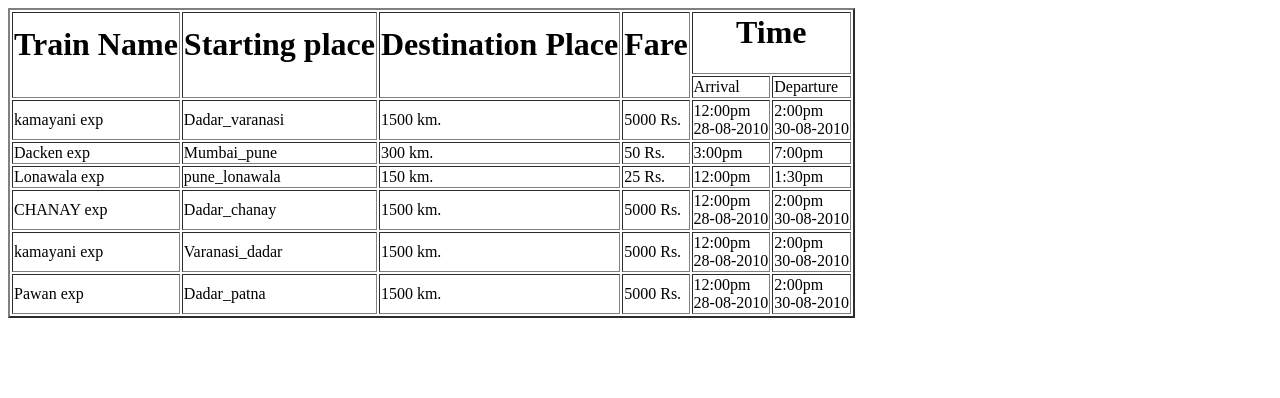
Repository: mdafsar15/TrainProject
Page: http://localhost/TrainBookingWorking/WEB-INF/views/SearchTrainPage.jsp
An editor plug-in stored every save of this project. The page is shown before and after the next save, followed by the edit.
The browser window is 1280 px wide. The pictures show the whole page.
The page is served by Tomcat 9. Nobody is signed in. Other server files are loaded and not shown. The template is opened directly, without the code that normally fills it, so the values that code supplies are empty.

Above is the page before, as saved 2020-02-16 17:40:22.

### TrainBookingWorking/src/main/webapp/WEB-INF/views/SearchTrainPage.jsp
<html>
<body>
<table border=2>
<tr>
<td rowspan=2><h1>Train Name</h1></td>
<td rowspan=2><h1>Starting place</h1></td>
<td rowspan=2><h1>Destination Place</h1></td>
<td rowspan=2><h1>Fare</h1></td>
<td colspan=2><h1><center>Time</center></h1></td>

</tr>
<tr>
<td>Arrival</td>
<td>Departure</td>

</tr>
<tr>
<td>kamayani exp</td>
<td>Dadar_varanasi</td>
<td>1500 km.</td>
<td>5000 Rs.</td>
<td>12:00pm<br>28-08-2010</td>
<td>2:00pm<br>30-08-2010</td>
</tr>
<tr>
<td>Dacken exp</td>
<td>Mumbai_pune</td>
<td>300 km.</td>
<td>50 Rs.</td>
<td>3:00pm</td>
<td>7:00pm</td>
</tr>
<tr>
<td>Lonawala exp</td>
<td>pune_lonawala</td>
<td>150 km.</td>
<td>25 Rs.</td>
<td>12:00pm</td>
<td>1:30pm</td>
</tr>
<tr>
<td>CHANAY exp</td>
<td>Dadar_chanay</td>
<td>1500 km.</td>
<td>5000 Rs.</td>
<td>12:00pm<br>28-08-2010</td>
<td>2:00pm<br>30-08-2010</td>
</tr>
<tr>
<td>kamayani exp</td>
<td>Varanasi_dadar</td>
<td>1500 km.</td>
<td>5000 Rs.</td>
<td>12:00pm<br>28-08-2010</td>
<td>2:00pm<br>30-08-2010</td>
</tr>
<tr>
<td>Pawan exp</td>
<td>Dadar_patna</td>
<td>1500 km.</td>
<td>5000 Rs.</td>
<td>12:00pm<br>28-08-2010</td>
<td>2:00pm<br>30-08-2010</td>
</tr>
</table>
</body>
</html>

After the next save:
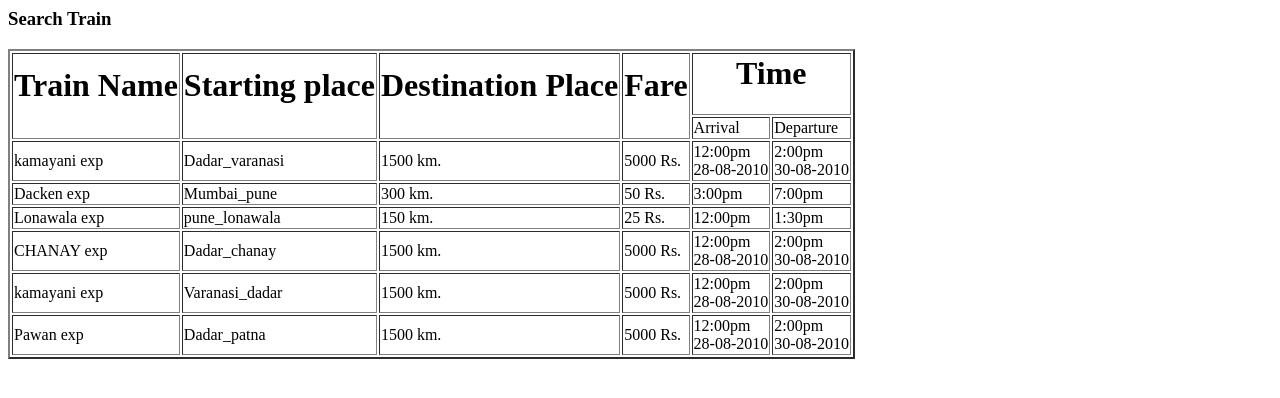
Saved 2 min 7 s later.
--- a/TrainBookingWorking/src/main/webapp/WEB-INF/views/SearchTrainPage.jsp
+++ b/TrainBookingWorking/src/main/webapp/WEB-INF/views/SearchTrainPage.jsp
@@ -1,6 +1,15 @@
 <html>
 <body>
+
+
+<h3>Search Train</h3>
+
+<form action="searchTrain" method="post">
+
+
+
 <table border=2>
+   <tbody>
 <tr>
 <td rowspan=2><h1>Train Name</h1></td>
 <td rowspan=2><h1>Starting place</h1></td>
@@ -62,6 +71,10 @@
 <td>12:00pm<br>28-08-2010</td>
 <td>2:00pm<br>30-08-2010</td>
 </tr>
+
+  </tbody>
+
 </table>
+</form>
 </body>
 </html>
